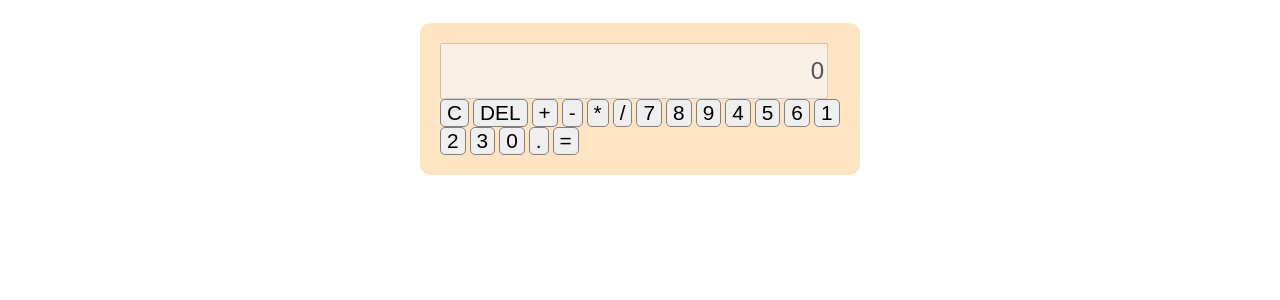
Repository: jaskeat/Calculator
Page: index.html
An editor plug-in stored every save of this project. The page is shown before and after the next save, followed by the edit.
The browser window is 1280 px wide. The pictures show the whole page.

Above is the page before, as saved 2024-09-05 09:08:15.

After the next save:
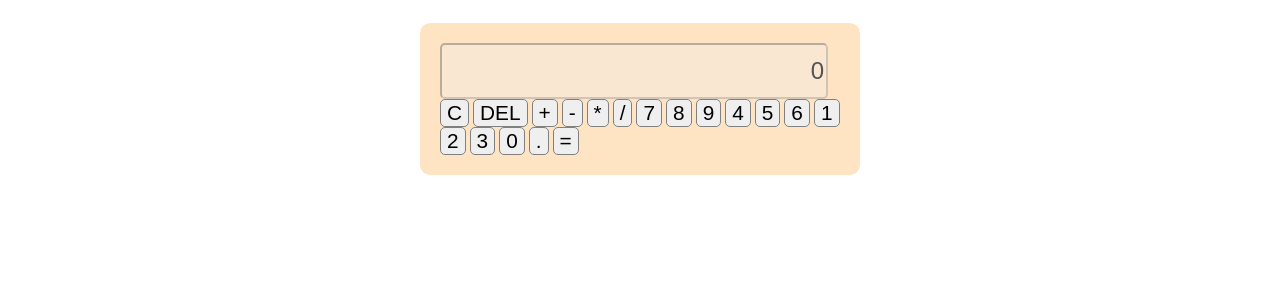
Saved 29 s later.
--- a/style.css
+++ b/style.css
@@ -24,4 +24,5 @@ input {
 	height: 50px;
 	font-size: 1.5rem;
 	text-align: right;
+	border-radius: 5px;
 }
